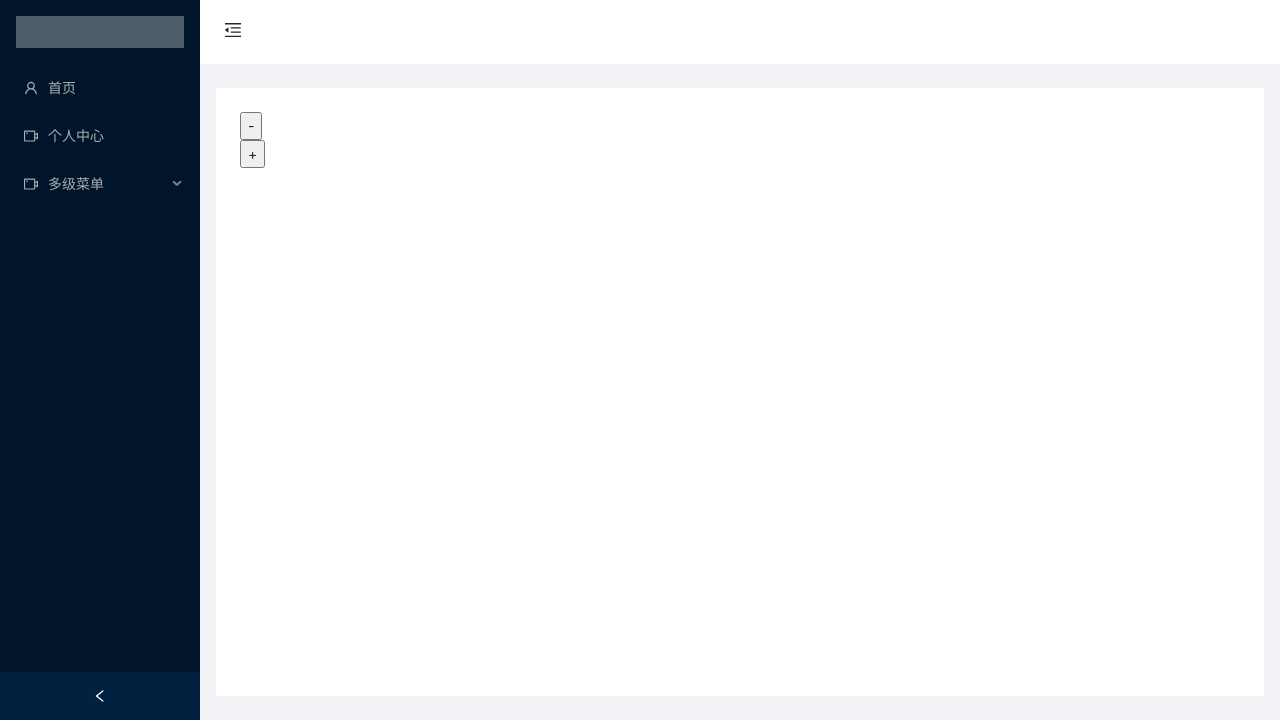
Repository: DallenCat/react-test
Page: /dashboard
The author's editor kept a copy of each file at every save. The page is drawn from the files as they stood at one save, then again after the next save.
The browser window is 1280 px wide. The pictures show the whole page.
The project was rebuilt for these pictures with package versions that can differ from the ones it lists, and the page was loaded fresh each time. Also part of the build but not shown: src/containers/personal/index.js.

Above is the page before, as saved 2021-10-29 14:27:15.

### src/index.js
/*
 * @Descripttion:
 * @version:
 * @Author: dal
 * @Date: 2021-10-26 17:14:54
 * @LastEditors: dal
 * @LastEditTime: 2021-10-28 17:36:55
 */
import React from 'react';
import ReactDOM from 'react-dom';
import './index.css';
import App from './App';
import reportWebVitals from './reportWebVitals';
import { Provider } from "react-redux"
import store from "./store"

ReactDOM.render(
  <Provider store={store}>
    <App />
  </Provider>,
  document.getElementById('root')
);

// If you want to start measuring performance in your app, pass a function
// to log results (for example: reportWebVitals(console.log))
// or send to an analytics endpoint. Learn more: https://bit.ly/CRA-vitals
reportWebVitals();

### src/App.js

import './App.css';
import Routes from './routes';
import { BrowserRouter as Router, Switch, Route } from 'react-router-dom';
import SiderDemo from "@/components/layout/index.js"
import { Component } from 'react';
class App extends Component {
  render() {
    let LayoutRouter = (props) => {
      return (
        <SiderDemo>
          <Routes />
        </SiderDemo>
      )
    }
    return (
      <Router>
        <Switch>
          <Route path="/" component={LayoutRouter} />
        </Switch>
      </Router>
    )
  }

}
// render(<Router routes={routes} />, document.body)
export default App;

### src/store/index.js
/*
 * @Descripttion:
 * @version:
 * @Author: dal
 * @Date: 2021-10-28 17:32:00
 * @LastEditors: dal
 * @LastEditTime: 2021-10-28 17:35:35
 */
import { configureStore } from '@reduxjs/toolkit'

import counterReducer from '@/reducers/counterReducer'

export default configureStore({
  reducer: {
    counter: counterReducer
  }
})

### src/App.css
@import '~antd/dist/antd.css';

.App {
  text-align: center;
}

.App-logo {
  height: 40vmin;
  pointer-events: none;
}

@media (prefers-reduced-motion: no-preference) {
  .App-logo {
    animation: App-logo-spin infinite 20s linear;
  }
}

.App-header {
  background-color: #282c34;
  min-height: 100vh;
  display: flex;
  flex-direction: column;
  align-items: center;
  justify-content: center;
  font-size: calc(10px + 2vmin);
  color: white;
}

.App-link {
  color: #61dafb;
}

@keyframes App-logo-spin {
  from {
    transform: rotate(0deg);
  }

  to {
    transform: rotate(360deg);
  }
}

### src/routes/index.js
/*
 * @Descripttion:
 * @version:
 * @Author: dal
 * @Date: 2021-10-26 17:34:53
 * @LastEditors: dal
 * @LastEditTime: 2021-10-27 15:55:38
 */
import Dashboard from "@/containers/dashboard"
import Personal from "@/containers/personal"
import { Route, Switch, withRouter } from 'react-router-dom';

const routes = () => {
  return (
    <Switch>
      <Route exact path={"/dashboard"} component={Dashboard} />
      <Route exact path={"/personal"} component={Personal} />

    </Switch>
  )
}
export default withRouter(routes)

### src/components/layout/index.js
/*
 * @Descripttion:
 * @version:
 * @Author: dal
 * @Date: 2021-10-27 09:54:26
 * @LastEditors: dal
 * @LastEditTime: 2021-10-27 16:53:47
 */
import React from "react"
import { Layout } from 'antd';
// 首先我们需要导入一些组件...
import "./index.css"
import {
  MenuUnfoldOutlined,
  MenuFoldOutlined
} from '@ant-design/icons';
import Sider from "./sider"
const { Header, Content } = Layout;

class SiderDemo extends React.Component {

  state = {
    collapsed: false,
  };

  toggle = () => {
    this.setState({
      collapsed: !this.state.collapsed,
    });
  };
  // 组件挂载
  componentDidMount() {
    console.log(this.props);
  }
  render() {

    return (
      <Layout id="components-layout-demo-custom-trigger">
        <Sider collapsed={this.state.collapsed}></Sider>
        <Layout className="site-layout">
          <Header className="site-layout-background">
            {React.createElement(this.state.collapsed ? MenuUnfoldOutlined : MenuFoldOutlined, {
              className: 'trigger',
              onClick: this.toggle,
            })}
          </Header>
          <Content
            className="site-layout-background"
            style={{
              margin: '24px 16px',
              padding: 24,
              minHeight: 280,
            }}
          >
            {this.props.children || "Welcome to your Inbox"}
          </Content>
        </Layout>
      </Layout>
    );
  }
}

export default SiderDemo;

### src/reducers/counterReducer.js
/*
 * @Descripttion:
 * @version:
 * @Author: dal
 * @Date: 2021-10-28 17:35:16
 * @LastEditors: dal
 * @LastEditTime: 2021-10-29 14:22:44
 */
import { createSlice } from '@reduxjs/toolkit'

export const counterSlice = createSlice({
  name: 'counter',
  initialState: {
    value: 0
  },
  reducers: {
    increment: state => {
      // Redux Toolkit allows us to write "mutating" logic in reducers. It
      // doesn't actually mutate the state because it uses the immer library,
      // which detects changes to a "draft state" and produces a brand new
      // immutable state based off those changes
      state.value += 1
    },
    decrement: state => {
      state.value -= 1
    },
    incrementByAmount: (state, action) => {
      state.value += action.payload
    },
    selectCount: state => { return state.value }
  }
})

export const { increment, decrement, incrementByAmount, selectCount } = counterSlice.actions

export default counterSlice.reducer

### src/containers/dashboard/index.js
/*
 * @Descripttion:
 * @version:
 * @Author: dal
 * @Date: 2021-10-27 11:00:04
 * @LastEditors: dal
 * @LastEditTime: 2021-10-29 14:27:15
 */
import { Component } from "react"
import { useSelector, useDispatch } from 'react-redux'
import { decrement, increment, selectCount } from '@/reducers/counterReducer'

export function Counter() {
  const count = useSelector(selectCount)
  console.log(count)
  const dispatch = useDispatch()
  return (
    <div>
      <button aria-label="Decrement value" onClick={() => dispatch(decrement())} > - </button>
      <div>{count.value}</div>
      <button aria-label="Increment value" onClick={() => dispatch(increment())} > + </button>

    </div>
  )
}


class Dashboard extends Component {

  render() {

    return (
      <div>
        <Counter ></Counter>
      </div>

    )
  }
}
export default Dashboard

### src/components/layout/index.css
.ant-layout {
  height: 100vh;
}

.ant-layout-header {
  text-align: left;
  padding: 0;
}

#components-layout-demo-custom-trigger .trigger {
  padding: 0 24px;
  font-size: 18px;
  line-height: 64px;
  cursor: pointer;
  transition: color 0.3s;
}

#components-layout-demo-custom-trigger .trigger:hover {
  color: #1890ff;
}

#components-layout-demo-custom-trigger .logo {
  height: 32px;
  margin: 16px;
  background: rgba(255, 255, 255, 0.3);
}

.site-layout .site-layout-background {
  background: #fff;
}

### src/components/layout/sider/index.js
/*
 * @Descripttion:
 * @version:
 * @Author: dal
 * @Date: 2021-10-27 16:13:09
 * @LastEditors: dal
 * @LastEditTime: 2021-10-27 17:31:32
 */
import { Layout } from 'antd';
import { Component } from 'react';
import Menu from "./menu"
import Logo from "./logo"
const { Sider } = Layout;
class SIDER extends Component {
  constructor(props) {
    super(props)
  }
  render() {
    let { collapsed } = this.props
    return (
      <Sider collapsible collapsed={collapsed}>
        <Logo></Logo>
        <Menu></Menu>
      </Sider>
    )
  }
}
export default SIDER

### src/components/layout/sider/menu.js
/*
 * @Descripttion:
 * @version:
 * @Author: dal
 * @Date: 2021-10-27 16:12:40
 * @LastEditors: dal
 * @LastEditTime: 2021-10-28 10:31:42
 */
import { Menu } from "antd"
import { Component, createElement } from "react";
import { Link } from "react-router-dom"
import * as Icon from '@ant-design/icons'
const { SubMenu } = Menu;
class MENU extends Component {
  constructor(props) {
    super(props)
    this.state = {
      selectedKeys: ['1'],
      routes: []
    }
  }
  /**
   *创建icon
  */
  icon(name) {
    return createElement(Icon[name]);
  }
  /**
   * 拼接routes
   */
  convertRoutes(arr) {
    return arr.map(v => {
      if (v.children.length > 0) {
        return (
          <SubMenu key={v.key} icon={this.icon(v.icon)} title={v.title}>
            {this.convertRoutes(v.children)}
          </SubMenu>
        )
      } else {
        return (
          <Menu.Item key={v.key} icon={this.icon(v.icon)}>
            <Link to={v.path}>{v.title} </Link>
          </Menu.Item>
        )
      }
    })

  }
  /**
   * 生命周期  = Vue-mounted
  */
  componentDidMount() {
    fetch('./mock/routes.json').then(res => {
      if (res.ok) {
        res.json().then(data => {
          this.setState({
            routes: data
          })
        })
      }
    })
  }
  render(h) {
    return (
      <Menu theme="dark" mode="inline" defaultSelectedKeys={this.state.selectedKeys}>
        {
          this.convertRoutes(this.state.routes)

        }
      </Menu>

    )
  }
}
export default MENU

### src/components/layout/sider/logo.js
/*
 * @Descripttion: 侧边栏logo组件
 * @version:
 * @Author: dal
 * @Date: 2021-10-27 17:00:57
 * @LastEditors: dal
 * @LastEditTime: 2021-10-27 17:00:57
 */
import { Component } from "react";

class LOGO extends Component {
  render(h) {
    return (
      <div className="logo"></div>
    )
  }
}
export default LOGO

### public/mock/routes.json
[
  {
    "id":"1",
    "key":"Dashboard",
    "path":"/dashboard",
    "title":"首页",
    "children":[],
    "icon":"UserOutlined",
    "component":"/containers/dashboard"
  },
  {
    "id":"2",
    "key":"Personal",
    "path":"/personal",
    "title":"个人中心",
    "children":[],
    "icon":"VideoCameraOutlined",
    "component":"/containers/personal"
  },
  {
    "id":"3",
    "key":"Submenu",
    "path":"/submenu",
    "title":"多级菜单",
    "children":[
      {
        "id":"3-1",
        "key":"Submenu-1",
        "path":"/submenu/submenu-1",
        "title":"子页面1",
        "children":[],
        "icon":"VideoCameraOutlined",
        "component":"/containers/personal"
      },{
        "id":"3-2",
        "key":"Submenu-2",
        "path":"/submenu/submenu-2",
        "title":"子页面2",
        "children":[],
        "icon":"VideoCameraOutlined",
        "component":"/containers/dashboard"
      }
    ],
    "icon":"VideoCameraOutlined",
    "component":""
  }
]

Loaded but not shown: public/index.html (common file); src/index.css (common file); src/reportWebVitals.js (common file)

After the next save:
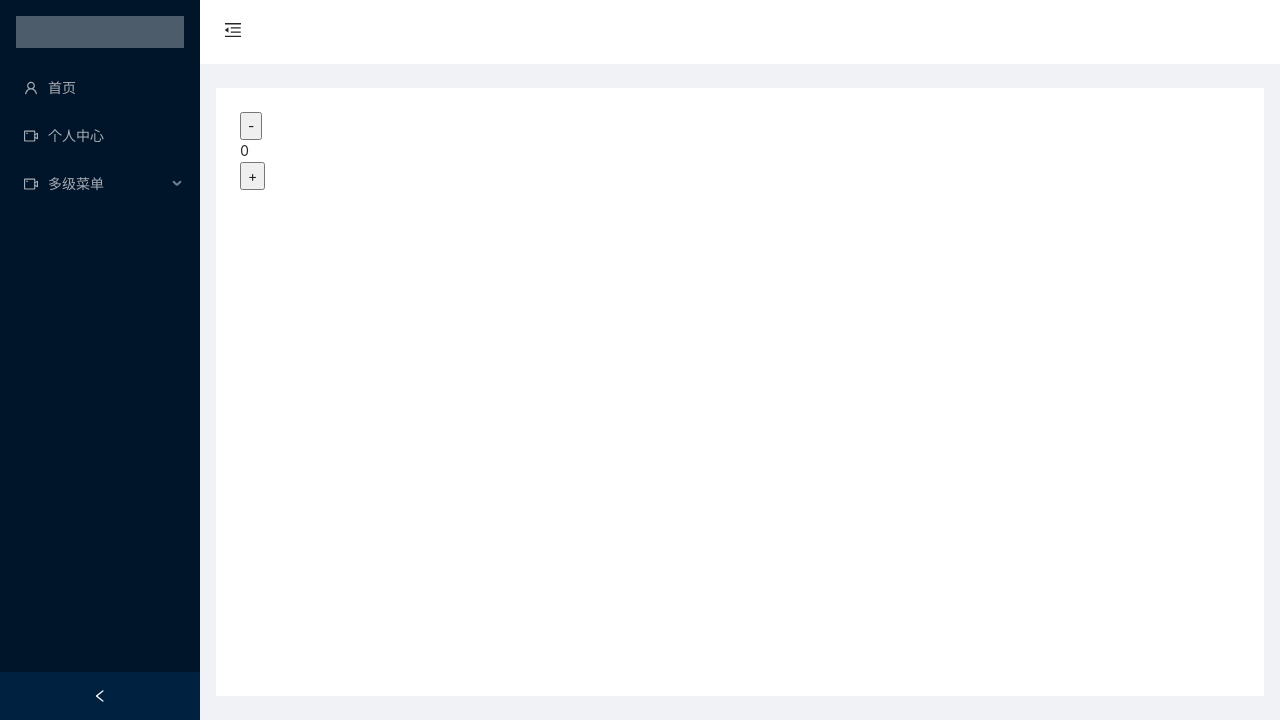
Saved 36 s later.
--- a/src/containers/dashboard/index.js
+++ b/src/containers/dashboard/index.js
@@ -17,7 +17,7 @@ export function Counter() {
   return (
     <div>
       <button aria-label="Decrement value" onClick={() => dispatch(decrement())} > - </button>
-      <div>{count.value}</div>
+      <div>{count.payload.counter.value}</div>
       <button aria-label="Increment value" onClick={() => dispatch(increment())} > + </button>
 
     </div>
